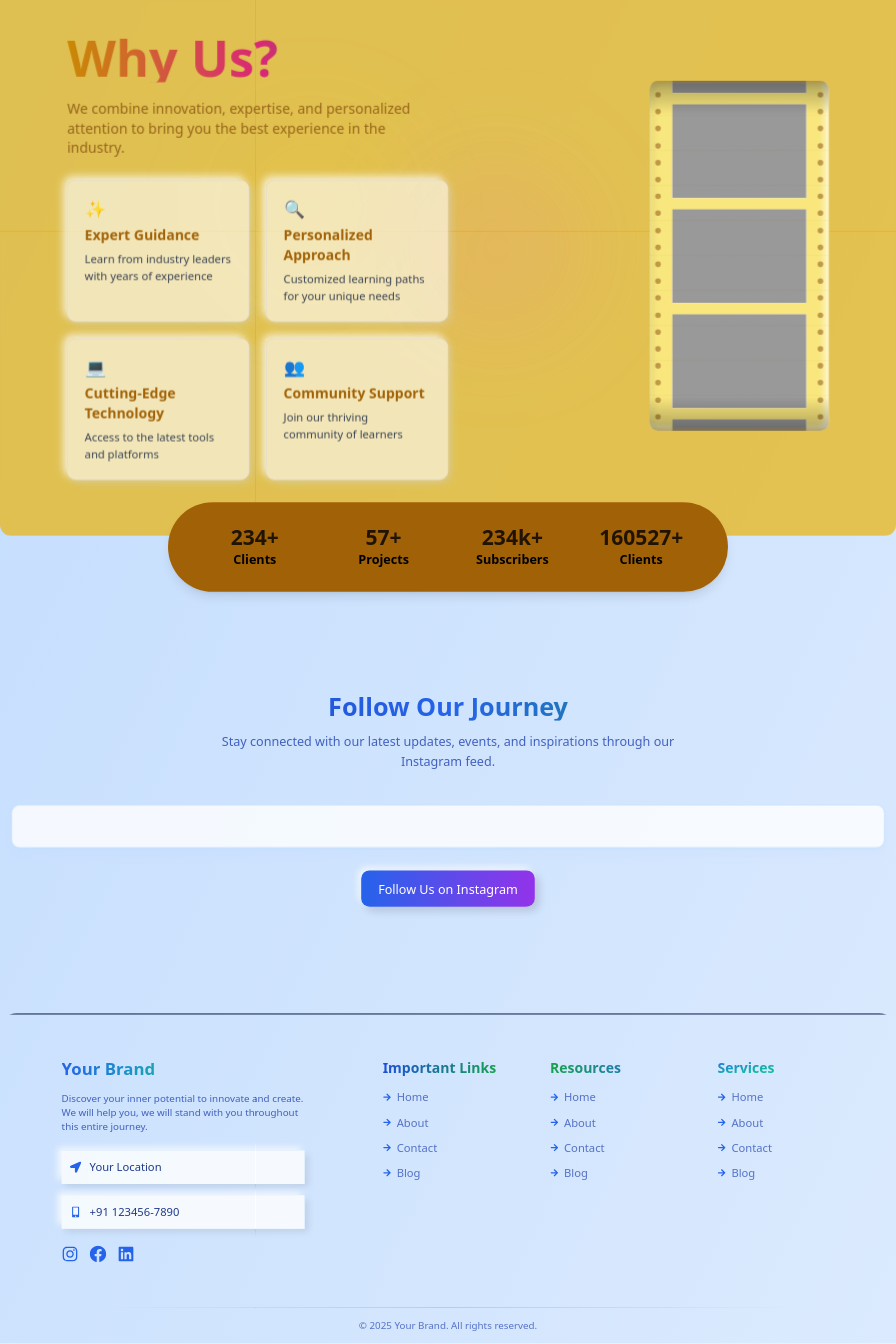
Repository: Kish202/rsacademy
Page: / (app in frontend/)
An editor plug-in stored every save of this project. The page is shown before and after a run of saves, followed by the edit.
The browser window is 1280 px wide. The pictures show the part of the page from y = 818 to 2738 px (the page is 2738 px tall), at 70% of full size.
Pictures or frames that could not be fetched are drawn as grey boxes. The project was rebuilt for these pictures with package versions that can differ from the ones it lists, and the page was loaded fresh each time. Also part of the build but not shown: frontend/vite.config.js, frontend/src/components/ReviewsFeed.jsx.

Above is the page before, as saved 2025-04-27 23:00:16.

### frontend/src/App.jsx
// App.jsx
import React from 'react';
import { ThemeProvider } from './context/ThemeContext';
import Home from './pages/Home';
import { BrowserRouter, Routes, Route } from 'react-router-dom';
import './App.css'
import {useEffect} from 'react';
// Import your page components

import AOS from "aos";
import "aos/dist/aos.css";


function App() {
  useEffect(() => {
    AOS.init({
      offset: 100,
      duration: 800,
      easing: "ease-in-sine",
     once:false,
     mirror:true,
      delay: 100,
    });
    AOS.refresh();
  }, []);
  return (
    <BrowserRouter>
    <ThemeProvider>
      <div className="min-h-screen transition-colors duration-300 bg-gradient-to-br from-blue-200 to-blue-100 dark:from-blue-950 dark:to-blue-900 ">

        <div className="pt-16"> {/* Add padding top to account for fixed navbar */}
          <Routes>
            <Route path="/" element={<Home />} />

          </Routes>
        </div>
      </div>
    </ThemeProvider>
    </BrowserRouter>
  );
}

export default App;

### frontend/src/context/ThemeContext.jsx
// ThemeContext.jsx
import React, { createContext, useContext, useState, useEffect } from 'react';

// Create theme context
const ThemeContext = createContext();

// Theme provider component
export function ThemeProvider({ children }) {
  // Initialize theme state from localStorage or system preference
  const [theme, setTheme] = useState(() => {
    // Check for saved theme in localStorage
    if (typeof window !== 'undefined') {
      const savedTheme = localStorage.getItem('theme');

      // If there's a saved theme, use it
      if (savedTheme) {
        return savedTheme;
      }

      // Otherwise, check system preference
      if (window.matchMedia && window.matchMedia('(prefers-color-scheme: dark)').matches) {
        return 'dark';
      }
    }

    // Default to light if no preference found
    return 'light';
  });

  // Update document class and localStorage when theme changes
  useEffect(() => {
    const root = window.document.documentElement;

    // Remove previous theme class
    root.classList.remove('light', 'dark');

    // Add current theme class
    root.classList.add(theme);

    // Save to localStorage
    localStorage.setItem('theme', theme);
  }, [theme]);

  // Listen for system theme changes
  useEffect(() => {
    if (typeof window !== 'undefined') {
      const mediaQuery = window.matchMedia('(prefers-color-scheme: dark)');

      const handleChange = () => {
        // Only update if theme is based on system preference
        if (!localStorage.getItem('theme')) {
          setTheme(mediaQuery.matches ? 'dark' : 'light');
        }
      };

      // Add event listener
      mediaQuery.addEventListener('change', handleChange);

      // Cleanup
      return () => mediaQuery.removeEventListener('change', handleChange);
    }
  }, []);

  // Theme toggle function
  const toggleTheme = () => {
    setTheme(prevTheme => (prevTheme === 'light' ? 'dark' : 'light'));
  };

  // Provide theme context to children
  return (
    <ThemeContext.Provider value={{ theme, setTheme, toggleTheme }}>
      {children}
    </ThemeContext.Provider>
  );
}

// Custom hook for using theme context
export const useTheme = () => {
  const context = useContext(ThemeContext);
  if (context === undefined) {
    throw new Error('useTheme must be used within a ThemeProvider');
  }
  return context;
};

### frontend/src/pages/Home.jsx
import React from 'react'
import Header from '../components/Header'
import HeroSection from '@/components/Hero'
import TestimonialSection from '@/components/ReviewsFeed'
import WhyUsSection from '@/components/WhyUs'
import Service from '@/components/Service'
import Footer from '@/components/Footer'
import InstagramFeed from '@/components/InstagramFeed'
function Home() {
  return (
    <div className="min-h-screen">

      <Header/>
    <HeroSection/>

    <WhyUsSection/>
    <Service/>
    <InstagramFeed/>


    <Footer/>
    </div>
  )
}

export default Home

### frontend/src/components/Service.jsx
import React, { useState, useEffect, useRef } from 'react';
import CountUp from "react-countup";
import { useTheme } from "@/context/ThemeContext";

const Service = () => {
  const { theme } = useTheme();
  const isDarkMode = theme === 'dark';
  const [isVisible, setIsVisible] = useState(false);
  const sectionRef = useRef(null);

  useEffect(() => {
    const observer = new IntersectionObserver(
      ([entry]) => {
        if (entry.isIntersecting) {
          setIsVisible(true);
          // Once visible, disconnect the observer to prevent re-triggering
          observer.disconnect();
        }
      },
      {
        threshold: 0.2, // Trigger when at least 20% of the element is visible
      }
    );

    if (sectionRef.current) {
      observer.observe(sectionRef.current);
    }

    return () => {
      if (sectionRef.current) {
        observer.disconnect();
      }
    };
  }, []);

  return (
    <section ref={sectionRef} className="container h-12 md:h-32">
      <div className={`grid grid-cols-4 w-full mx-auto -translate-y-12 divde-x divide-blue-700  bg-yellow-600 place-self-center ${isDarkMode ? "bg-blue-950 dark:text-white/70" : "bg-yellow-700"} p-4 shadow-lg md:max-w-[800px] md:p-8 rounded-full`}>
        <div className="flex flex-col items-center justify-center">
          <h1 className={`text-sm font-bold text-black/80 ${isDarkMode ? "text-white" : ""} sm:text-lg md:text-3xl`}>
            {isVisible ? <CountUp end={234} suffix="+" duration={2.75} /> : "0+"}
          </h1>
          <h1 className="sm:text-md font-bold md:text-lg">Clients</h1>
        </div>

        <div className="flex flex-col items-center justify-center">
          <h1 className={`text-sm text-black/80 sm:text-lg md:text-3xl ${isDarkMode ? "text-white" : ""} font-bold`}>
            {isVisible ? <CountUp end={57} suffix="+" duration={2.75} /> : "0+"}
          </h1>
          <h1 className="sm:text-md font-bold md:text-lg">Projects</h1>
        </div>

        <div className="flex flex-col items-center justify-center">
          <h1 className={`text-sm text-black/80 ${isDarkMode ? "text-white" : ""} sm:text-lg md:text-3xl font-bold`}>
            {isVisible ? <CountUp end={234} suffix="k+" duration={2.75} /> : "0k+"}
          </h1>
          <h1 className="font-bold sm:text-md text-xs md:text-lg">Subscribers</h1>
        </div>

        <div className="flex flex-col items-center justify-center">
          <h1 className={`text-sm font-bold text-black/80 ${isDarkMode ? "text-white" : ""} sm:text-lg md:text-3xl`}>
            {isVisible ? <CountUp start={-875.020} end={160527.012} duration={2.75} separator="" suffix="+" /> : "0+"}
          </h1>
          <h1 className="sm:text-md font-bold md:text-lg">Clients</h1>
        </div>
      </div>
    </section>
  );
};

export default Service;

### frontend/src/components/Footer.jsx
import React from "react";
import {
  FaFacebook,
  FaInstagram,
  FaLinkedin,
  FaLocationArrow,
  FaMobileAlt,
  FaArrowRight
} from "react-icons/fa";
import { useTheme } from "../context/ThemeContext";

const FooterLinks = [
  {
    title: "Home",
    link: "/#",
  },
  {
    title: "About",
    link: "/#about",
  },
  {
    title: "Contact",
    link: "/#contact",
  },
  {
    title: "Blog",
    link: "/#blog",
  },
];

function Footer() {
  const { theme } = useTheme();
  const isDarkMode = theme === 'dark';

  return (
    <div className={`mt-14 rounded-t-3xl flex justify-center relative overflow-hidden
      ${isDarkMode
        ? ' text-blue-100'
        : ' text-blue-900'}`}>
<div className="w-full h-0.5  bg-blue-950 rounded-full absolute"></div>

      {/* Background Elements */}
      <div className={`absolute top-1/4 left-1/4 w-72 h-72 rounded-full blur-3xl -z-10
        ${isDarkMode ? 'bg-blue-700/5' : 'bg-blue-300/30'}`}></div>
      <div className={`absolute bottom-1/3 right-1/3 w-64 h-64 rounded-full blur-3xl -z-10
        ${isDarkMode ? 'bg-pink-500/5' : 'bg-green-300/20'}`}></div>

      <section className="container" data-aos="fade-up" data-aos-duration="1000">
        <div className="grid md:grid-cols-3 py-8 md:px-10">
          {/* Company Info */}
          <div className="py-8 px-4">
            <h1 className={`text-2xl font-bold sm:text-left text-justify mb-4 flex items-center gap-3 font-satoshi
              ${isDarkMode
                ? 'bg-gradient-to-r from-pink-400 via-yellow-300 to-pink-300 bg-clip-text text-transparent'
                : 'bg-gradient-to-r from-blue-600 via-teal-500 to-green-500 bg-clip-text text-transparent'}`}>
              Your Brand
            </h1>
            <p className={`text-sm ${isDarkMode ? 'text-blue-100/80' : 'text-blue-800/80'}`}>
              Discover your inner potential to innovate and create.
              We will help you, we will stand with you throughout this entire journey.
            </p>
            <br />

            {/* Contact Info with Neuomorphic Cards */}
            <div className={`flex items-center gap-3 p-3 rounded-lg transition-all duration-300
              ${isDarkMode
                ? 'bg-blue-800/50 shadow-[3px_3px_5px_rgba(0,0,0,0.4),-2px_-2px_5px_rgba(70,100,150,0.1)]'
                : 'bg-white/80 shadow-[5px_5px_10px_rgba(0,0,0,0.1),-5px_-5px_10px_rgba(255,255,255,0.8)]'}`}>
              <FaLocationArrow className={isDarkMode ? 'text-blue-400' : 'text-blue-600'} />
              <p>Your Location</p>
            </div>

            <div className={`flex items-center gap-3 mt-4 p-3 rounded-lg transition-all duration-300
              ${isDarkMode
                ? 'bg-blue-800/50 shadow-[3px_3px_5px_rgba(0,0,0,0.4),-2px_-2px_5px_rgba(70,100,150,0.1)]'
                : 'bg-white/80 shadow-[5px_5px_10px_rgba(0,0,0,0.1),-5px_-5px_10px_rgba(255,255,255,0.8)]'}`}>
              <FaMobileAlt className={isDarkMode ? 'text-blue-400' : 'text-blue-600'} />
              <p>+91 123456-7890</p>
            </div>

            {/* Social Media Icons */}
            <div className="flex items-center gap-4 mt-6">
              <a
                href="#"
                className={`text-2xl transition-all duration-300 transform hover:scale-110
                  ${isDarkMode
                    ? 'text-pink-400 hover:text-pink-300'
                    : 'text-blue-600 hover:text-blue-500'}`}>
                <FaInstagram />
              </a>

              <a
                href="#"
                className={`text-2xl transition-all duration-300 transform hover:scale-110
                  ${isDarkMode
                    ? 'text-blue-400 hover:text-blue-300'
                    : 'text-blue-600 hover:text-blue-500'}`}>
                <FaFacebook />
              </a>

              <a
                href="#"
                className={`text-2xl transition-all duration-300 transform hover:scale-110
                  ${isDarkMode
                    ? 'text-blue-400 hover:text-blue-300'
                    : 'text-blue-600 hover:text-blue-500'}`}>
                <FaLinkedin />
              </a>
            </div>
          </div>

          {/* Links Sections */}
          <div className="grid grid-cols-3 sm:grid-cols-3 col-span-2 sm:pl-10">
            {/* Important Links Column */}
            <div className="md:pl-10">
              <div className="py-8 px-4">
                <h1 className={`text-xl font-bold sm:text-left text-justify mb-4 font-satoshi
                  ${isDarkMode
                    ? 'bg-gradient-to-r from-pink-400 to-yellow-300 bg-clip-text text-transparent'
                    : 'bg-gradient-to-r from-blue-700 to-green-600 bg-clip-text text-transparent'}`}>
                  Important Links
                </h1>
                <ul className="flex flex-col gap-3">
                  {FooterLinks.map((link, index) => (
                    <li key={index} className="group cursor-pointer transition-all duration-300">
                      <a
                        href={link.link}
                        className={`flex items-center gap-2 group-hover:translate-x-1 transition-all
                          ${isDarkMode ? 'text-blue-100/70' : 'text-blue-800/70'}
                          group-hover:${isDarkMode ? 'text-yellow-300' : 'text-green-600'}`}>
                        <FaArrowRight className={`text-xs transition-transform group-hover:rotate-90
                          ${isDarkMode ? 'text-blue-400' : 'text-blue-600'}`} />
                        <span>{link.title}</span>
                      </a>
                    </li>
                  ))}
                </ul>
              </div>
            </div>

            {/* Links Column */}
            <div className="md:pl-10">
              <div className="py-8 px-4">
                <h1 className={`text-xl font-bold sm:text-left text-justify mb-4 font-satoshi
                  ${isDarkMode
                    ? 'bg-gradient-to-r from-yellow-300 to-pink-400 bg-clip-text text-transparent'
                    : 'bg-gradient-to-r from-green-600 to-blue-600 bg-clip-text text-transparent'}`}>
                  Resources
                </h1>
                <ul className="flex flex-col gap-3">
                  {FooterLinks.map((link, index) => (
                    <li key={index} className="group cursor-pointer transition-all duration-300">
                      <a
                        href={link.link}
                        className={`flex items-center gap-2 group-hover:translate-x-1 transition-all
                          ${isDarkMode ? 'text-blue-100/70' : 'text-blue-800/70'}
                          group-hover:${isDarkMode ? 'text-yellow-300' : 'text-green-600'}`}>
                        <FaArrowRight className={`text-xs transition-transform group-hover:rotate-90
                          ${isDarkMode ? 'text-blue-400' : 'text-blue-600'}`} />
                        <span>{link.title}</span>
                      </a>
                    </li>
                  ))}
                </ul>
              </div>
            </div>

            {/* Location Column */}
            <div className="md:pl-10">
              <div className="py-8 px-4">
                <h1 className={`text-xl font-bold sm:text-left text-justify mb-4 font-satoshi
                  ${isDarkMode
                    ? 'bg-gradient-to-br from-yellow-300 via-pink-400 to-yellow-200 bg-clip-text text-transparent'
                    : 'bg-gradient-to-br from-blue-600 via-teal-500 to-green-500 bg-clip-text text-transparent'}`}>
                  Services
                </h1>
                <ul className="flex flex-col gap-3">
                  {FooterLinks.map((link, index) => (
                    <li key={index} className="group cursor-pointer transition-all duration-300">
                      <a
                        href={link.link}
                        className={`flex items-center gap-2 group-hover:translate-x-1 transition-all
                          ${isDarkMode ? 'text-blue-100/70' : 'text-blue-800/70'}
                          group-hover:${isDarkMode ? 'text-yellow-300' : 'text-green-600'}`}>
                        <FaArrowRight className={`text-xs transition-transform group-hover:rotate-90
                          ${isDarkMode ? 'text-blue-400' : 'text-blue-600'}`} />
                        <span>{link.title}</span>
                      </a>
                    </li>
                  ))}
                </ul>
              </div>
            </div>
          </div>
        </div>

        {/* Copyright Section with Neuomorphic Divider */}
        <div className={`text-center py-4 relative
          ${isDarkMode ? 'text-blue-100/70' : 'text-blue-800/70'}`}>
          <div className={`absolute left-1/2 transform -translate-x-1/2 top-0 h-px w-4/5
            ${isDarkMode
              ? 'bg-gradient-to-r from-transparent via-blue-500/20 to-transparent'
              : 'bg-gradient-to-r from-transparent via-blue-300 to-transparent'}`}>
          </div>
          <p className="text-sm font-satoshi">
            © {new Date().getFullYear()} Your Brand. All rights reserved.
          </p>
        </div>
      </section>
    </div>
  );
}

export default Footer;

### frontend/src/components/InstagramFeed.jsx
import { useEffect } from 'react';
import { Card, CardContent } from '@/components/ui/card';
import { useTheme } from "../context/ThemeContext";

const InstagramFeed = () => {
  const { theme } = useTheme();
  const isDarkMode = theme === 'dark';

  useEffect(() => {
    // Load Elfsight script
    const script = document.createElement('script');
    script.src = "https://static.elfsight.com/platform/platform.js";
    script.async = true;
    document.body.appendChild(script);

    // Clean up function
    return () => {
      document.body.removeChild(script);
    };
  }, []);

  return (
    <div className="w-full py-16 md:py-24 relative overflow-hidden">
      {/* Background Elements - similar to your HeroSection for consistent styling */}
      <div className={`absolute top-1/3 left-1/4 w-64 h-64 rounded-full blur-3xl -z-10
        ${isDarkMode ? 'bg-pink-400/10' : 'bg-blue-300/20'}`}></div>
      <div className={`absolute bottom-1/3 right-1/4 w-72 h-72 rounded-full blur-3xl -z-10
        ${isDarkMode ? 'bg-blue-500/10' : 'bg-green-300/20'}`}></div>

      <div className="container mx-auto px-4">
        {/* Section Title */}
        <div className="text-center mb-12" data-aos="fade-up" data-aos-duration="1000">
          <h2 className={`text-3xl md:text-4xl font-bold font-satoshi mb-4
            ${isDarkMode
              ? 'bg-gradient-to-r from-yellow-300 via-pink-400 to-green-400 bg-clip-text text-transparent'
              : 'bg-gradient-to-r from-blue-800 via-blue-600 to-green-600 bg-clip-text text-transparent'}`}>
            Follow Our Journey
          </h2>
          <p className={`text-lg max-w-2xl mx-auto font-satoshi
            ${isDarkMode ? 'text-blue-100/80' : 'text-blue-800/80'}`}>
            Stay connected with our latest updates, events, and inspirations through our Instagram feed.
          </p>
        </div>

        {/* Instagram Feed Container */}
        <Card className={`w-full overflow-hidden border pt-3 ${
          isDarkMode
            ? 'border-blue-700/20 bg-blue-900/50 shadow-lg shadow-blue-900/20'
            : 'border-blue-200 bg-white/80 shadow-lg shadow-blue-200/30'
        }`} data-aos="zoom-in" data-aos-duration="1200">
          <CardContent className="p-6">
            {/* Elfsight Instagram Feed Widget */}
            <div
              className="elfsight-app-349036a5-61e9-4fe7-93b6-4f6efe5cc23d"
              data-elfsight-app-lazy>
            </div>
          </CardContent>
        </Card>

        {/* Follow Us Button */}
        <div className="mt-8 text-center" data-aos="fade-up" data-aos-delay="300">
          <a
            href="https://instagram.com/yourprofile"
            target="_blank"
            rel="noopener noreferrer"
            className={`
              inline-block px-6 py-3 rounded-xl text-lg font-satoshi transition-all duration-300
              hover:translate-y-0.5
              ${isDarkMode
                ? 'bg-gradient-to-r from-purple-600 to-pink-600 text-yellow-100 hover:shadow-[inset_3px_3px_6px_rgba(0,0,0,0.5),inset_-2px_-2px_5px_rgba(80,120,200,0.1)] shadow-[6px_6px_12px_rgba(0,0,0,0.4),-3px_-3px_8px_rgba(70,100,150,0.2)]'
                : 'bg-gradient-to-r from-blue-600 to-purple-600 text-white hover:shadow-[inset_3px_3px_7px_rgba(0,0,100,0.2),inset_-2px_-2px_5px_rgba(255,255,255,0.6)] shadow-[6px_6px_12px_rgba(0,0,0,0.15),-4px_-4px_10px_rgba(255,255,255,0.8)]'}
            `}>
            Follow Us on Instagram
          </a>
        </div>
      </div>
    </div>
  );
};

export default InstagramFeed;

### frontend/src/components/ui/card.jsx
import * as React from "react"

import { cn } from "@/lib/utils"

const Card = React.forwardRef(({ className, ...props }, ref) => (
  <div
    ref={ref}
    className={cn("rounded-xl border bg-card text-card-foreground shadow", className)}
    {...props} />
))
Card.displayName = "Card"

const CardHeader = React.forwardRef(({ className, ...props }, ref) => (
  <div
    ref={ref}
    className={cn("flex flex-col space-y-1.5 p-6", className)}
    {...props} />
))
CardHeader.displayName = "CardHeader"

const CardTitle = React.forwardRef(({ className, ...props }, ref) => (
  <div
    ref={ref}
    className={cn("font-semibold leading-none tracking-tight", className)}
    {...props} />
))
CardTitle.displayName = "CardTitle"

const CardDescription = React.forwardRef(({ className, ...props }, ref) => (
  <div
    ref={ref}
    className={cn("text-sm text-muted-foreground", className)}
    {...props} />
))
CardDescription.displayName = "CardDescription"

const CardContent = React.forwardRef(({ className, ...props }, ref) => (
  <div ref={ref} className={cn("p-6 pt-0", className)} {...props} />
))
CardContent.displayName = "CardContent"

const CardFooter = React.forwardRef(({ className, ...props }, ref) => (
  <div
    ref={ref}
    className={cn("flex items-center p-6 pt-0", className)}
    {...props} />
))
CardFooter.displayName = "CardFooter"

export { Card, CardHeader, CardFooter, CardTitle, CardDescription, CardContent }

Loaded but not shown: frontend/index.html (common file); frontend/src/main.jsx (common file); frontend/src/index.css (common file); frontend/src/App.css (common file); frontend/src/lib/utils.js (common file); frontend/tailwind.config.js (114 lines, source omitted); frontend/src/components/WhyUs.jsx (250 lines, source omitted); frontend/src/components/Header.jsx (157 lines, source omitted); frontend/src/components/Hero.jsx (127 lines, source omitted)

After the next 4 saves:
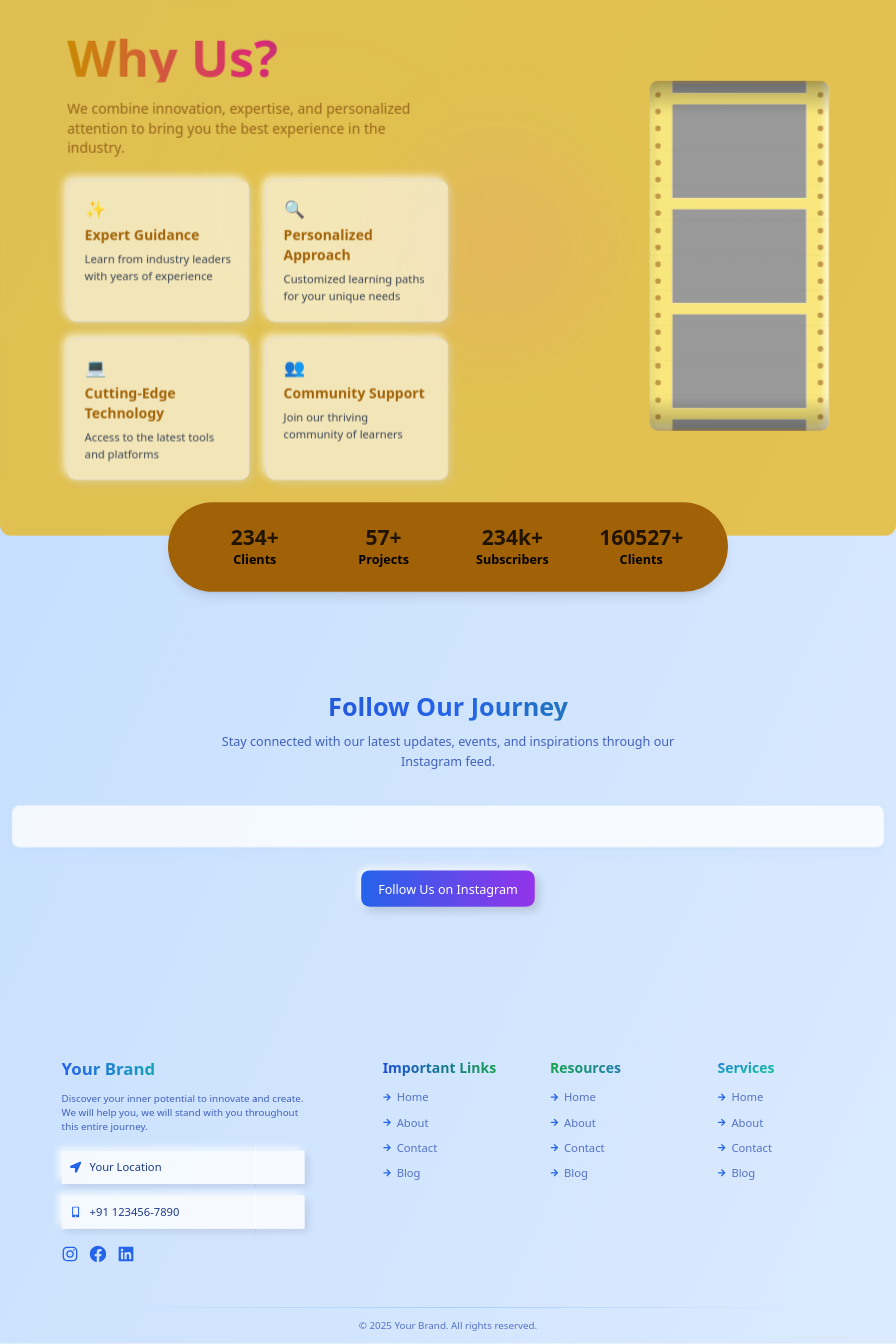
The 4 saves are shown as one change because they came seconds apart.
The last was saved 20 s later.
--- a/frontend/src/components/Footer.jsx
+++ b/frontend/src/components/Footer.jsx
@@ -37,7 +37,7 @@ function Footer() {
       ${isDarkMode
         ? ' text-blue-100'
         : ' text-blue-900'}`}>
-<div className="w-full h-0.5  bg-blue-950 rounded-full absolute"></div>
+<div className="w-   h-0.5  bg-blue-950 rounded-full absolute"></div>
 
       {/* Background Elements */}
       <div className={`absolute top-1/4 left-1/4 w-72 h-72 rounded-full blur-3xl -z-10
